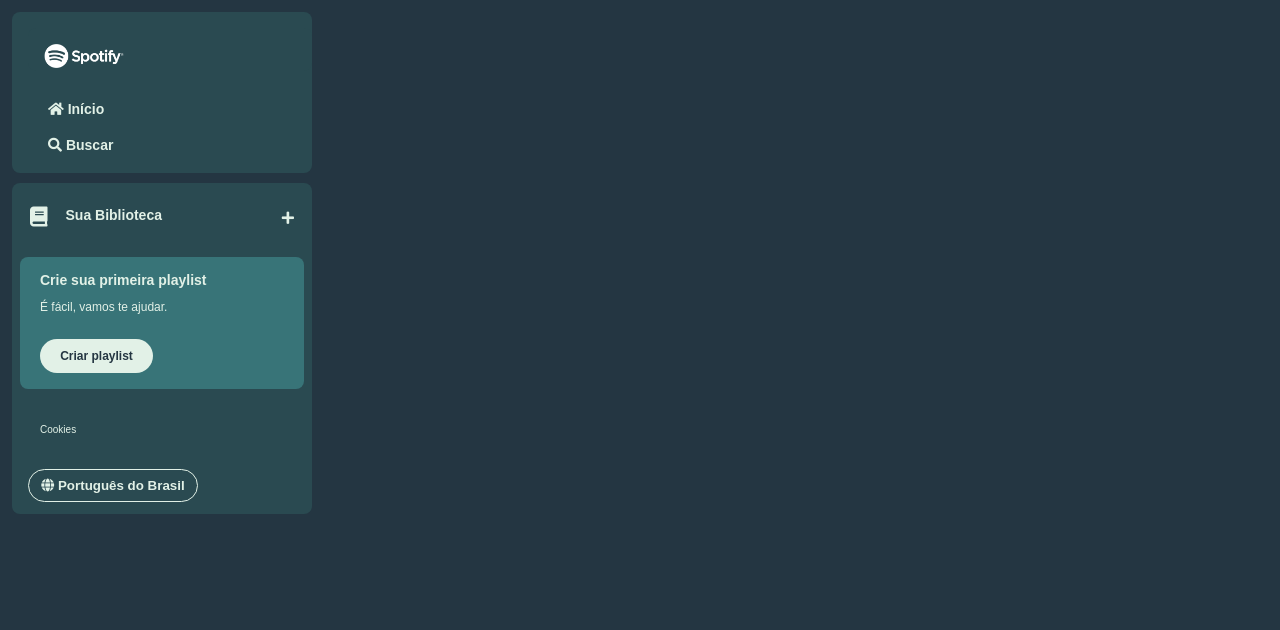
Repository: rafaazevedo-gs/Imers-o-Alura-Front-end
Page: index.html
An editor plug-in stored every save of this project. The page is shown before and after the next save, followed by the edit.
The browser window is 1280 px wide. The pictures show the whole page.

Above is the page before, as saved 2025-01-30 01:00:49.

After the next save:
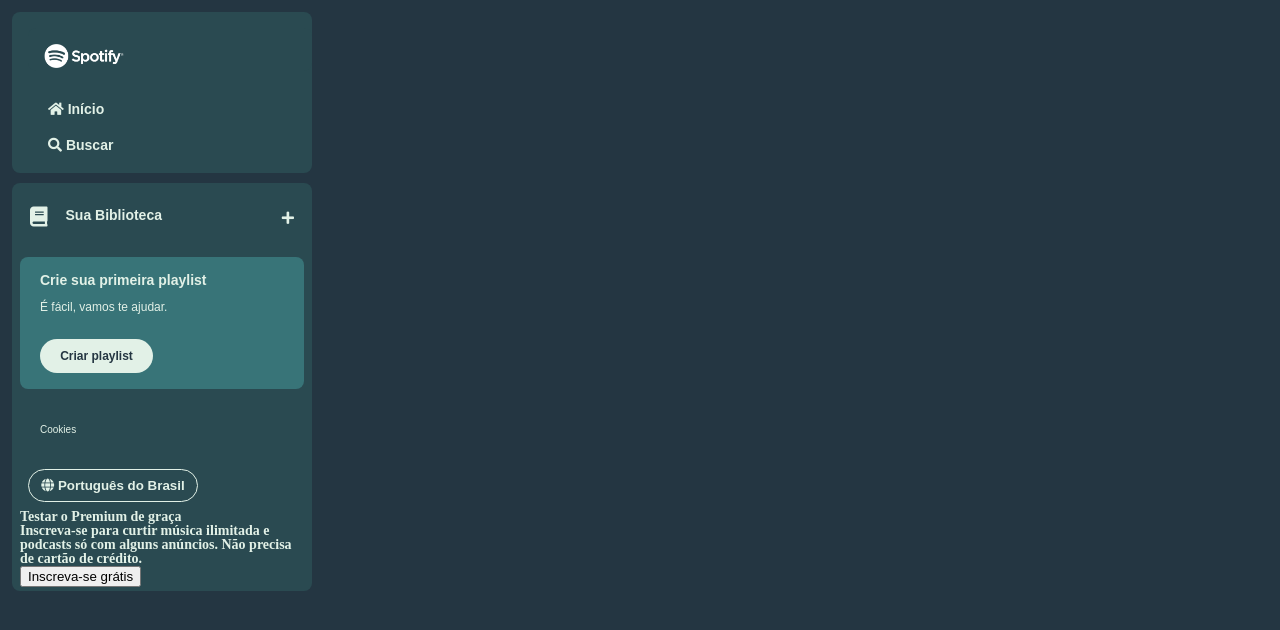
Saved 10 h 4 min later.
--- a/index.html
+++ b/index.html
@@ -60,6 +60,15 @@
                 <span>Português do Brasil</span>
             </button>
         </div>
+        <footer class="disclaimer-premium">
+            <div class="text">
+                <p class="disclaimer-premium__title">Testar o Premium de graça</p>
+                <p class="disclaimer-premium__subtitle">Inscreva-se para curtir música ilimitada e podcasts só com alguns anúncios. Não precisa de cartão de crédito.</p>
+            </div>
+            <div class="button">
+                <button type="button">Inscreva-se grátis</button>
+            </div>
+        </footer>
     </div>
 </body>
 </html>
